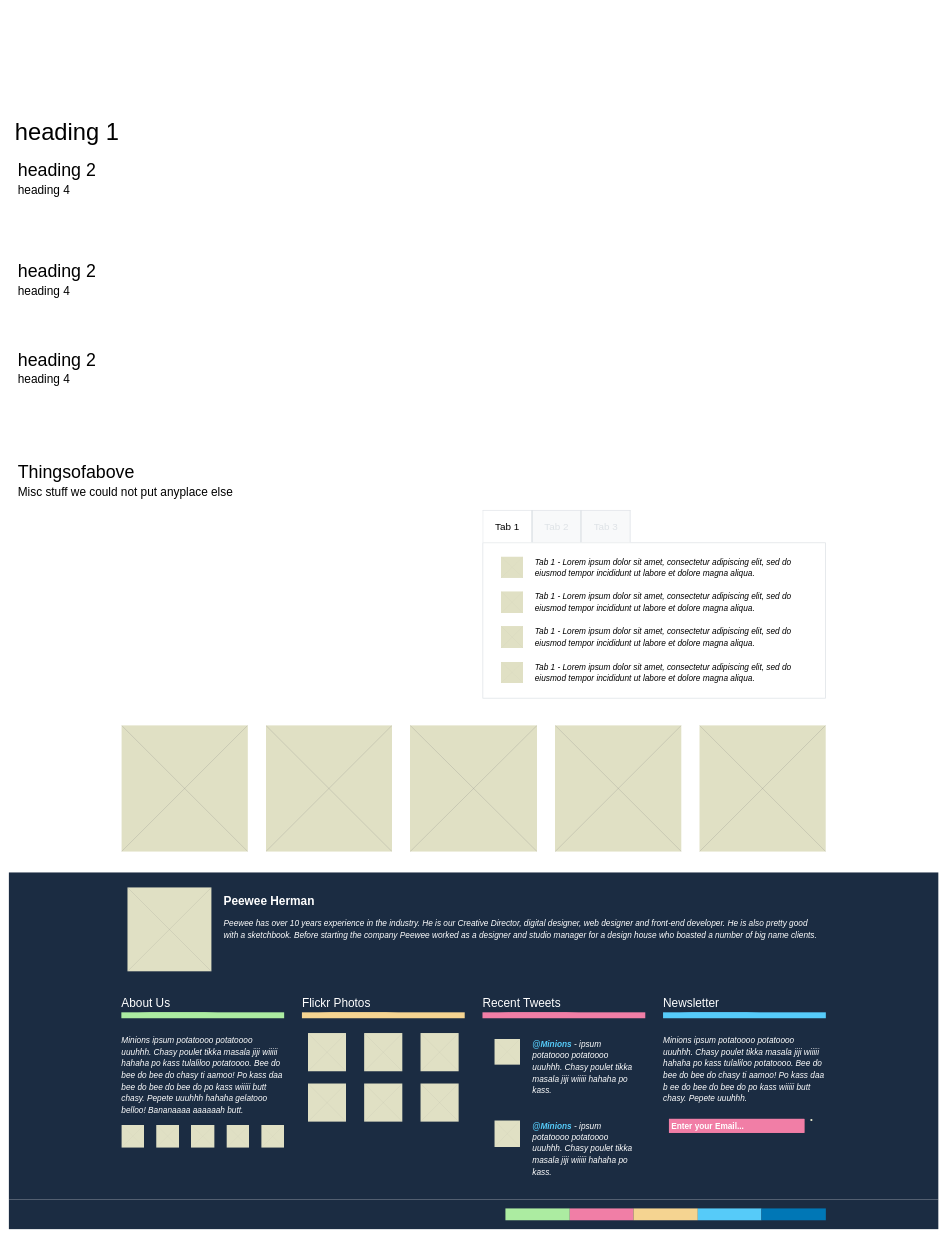
Repository: MonicaNguyenH/LAB-02A-Project1
Page: index.html
The author's editor kept a copy of each file at every save. The page is drawn from the files as they stood at one save, then again after the next save.
The browser window is 1280 px wide. The pictures show the whole page, at 74% of full size.

Above is the page before, as saved 2024-02-08 20:02:37.

After the next save:
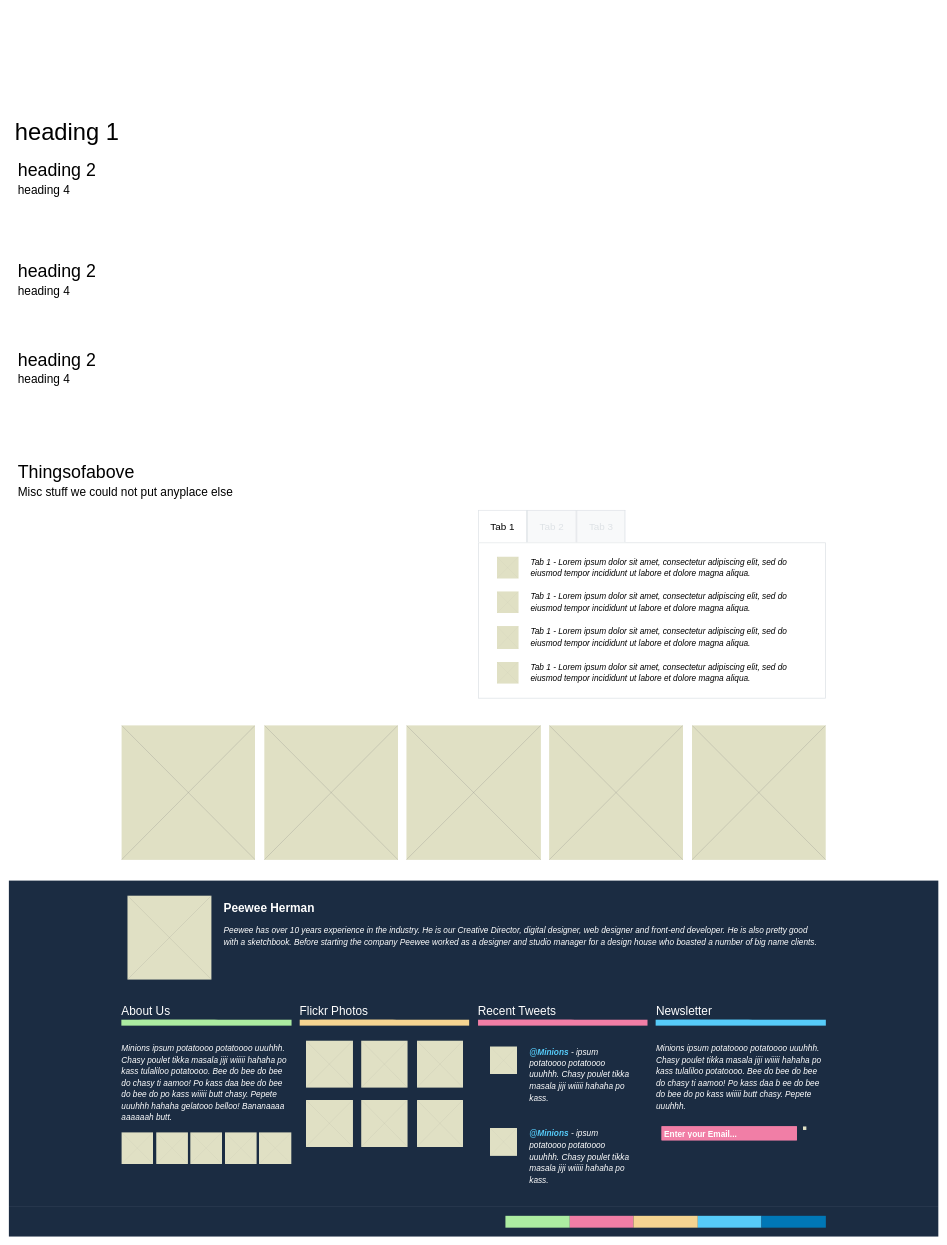
Saved 73 s later.
--- a/css/style.css
+++ b/css/style.css
@@ -222,7 +222,7 @@
     .row {
         margin: auto;
         max-width: 40rem;
-        column-gap: 1rem;
+        column-gap: 0.2rem;
         row-gap: 1rem;
     }
 
@@ -259,7 +259,7 @@
     .row{
         margin: auto;
         max-width: 60rem;
-        column-gap: 1rem;
+        column-gap: 0.2rem;
         row-gap: 1rem;
     }
 
